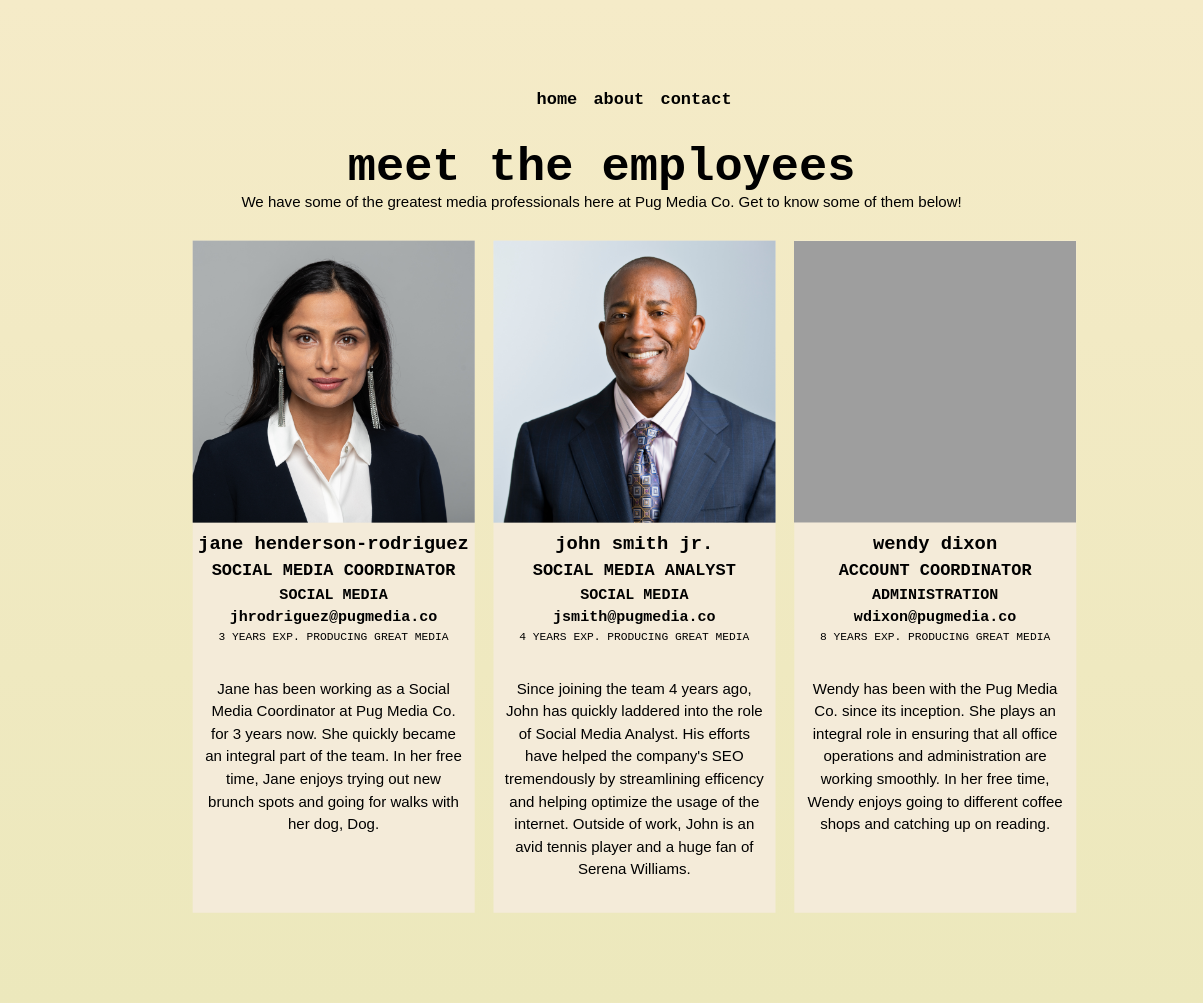
Repository: cheungglenda/MDIA2109-Week3
Page: /about
These files come from the project's save history. The page is drawn as it stood at one moment and after the next save; the edit follows.
The browser window is 1280 px wide. The pictures show the whole page, at 94% of full size.
Pictures or frames that could not be fetched are drawn as grey boxes. The project was rebuilt for these pictures with package versions that can differ from the ones it lists, and the page was loaded fresh each time. The framework's server and built-in components were replaced by stand-ins that run in the browser. Also part of the build but not shown: next.config.js.

Above is the page before, as saved 2023-01-20 13:13:35.

After the next save:
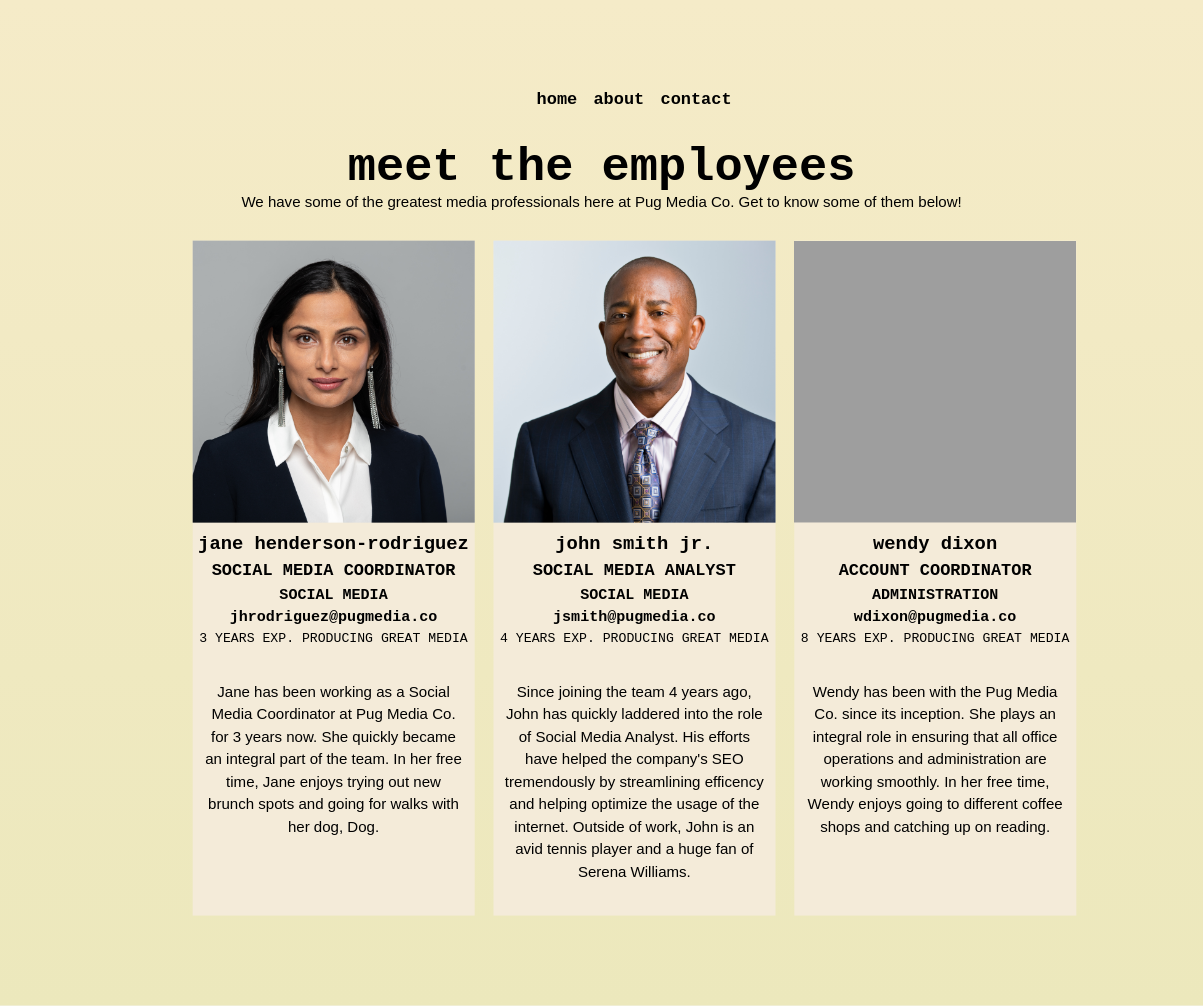
Saved 5 s later.
--- a/components/EmployeeCard/index.js
+++ b/components/EmployeeCard/index.js
@@ -24,7 +24,7 @@ export default function EmployeeCard({
             <h2 style={{fontFamily:"'Courier New', Courier, monospace", textTransform: "uppercase", fontSize: 18}}>{jobtitle}</h2>
             <h3 style={{fontFamily:"'Courier New', Courier, monospace", textTransform: "uppercase", fontSize: 16, fontweight:200}}>{department}</h3>
             <h3 style={{fontFamily:"'Courier New', Courier, monospace", textTransform: "lowercase", fontSize: 16, fontweight:500}}>{contact}</h3>
-            <h4 style={{textTransform:"uppercase", fontSize:12, fontWeight:100}}>{yearsworked} years exp. producing great media</h4><br></br>
+            <h4 style={{textTransform:"uppercase", fontSize:14, fontWeight:100}}>{yearsworked} years exp. producing great media</h4><br></br>
             <p style={{fontFamily: "Arial, Helvetica, sans-serif", margin:"10px"}}>{description}</p><br></br>
         </div>
     )
